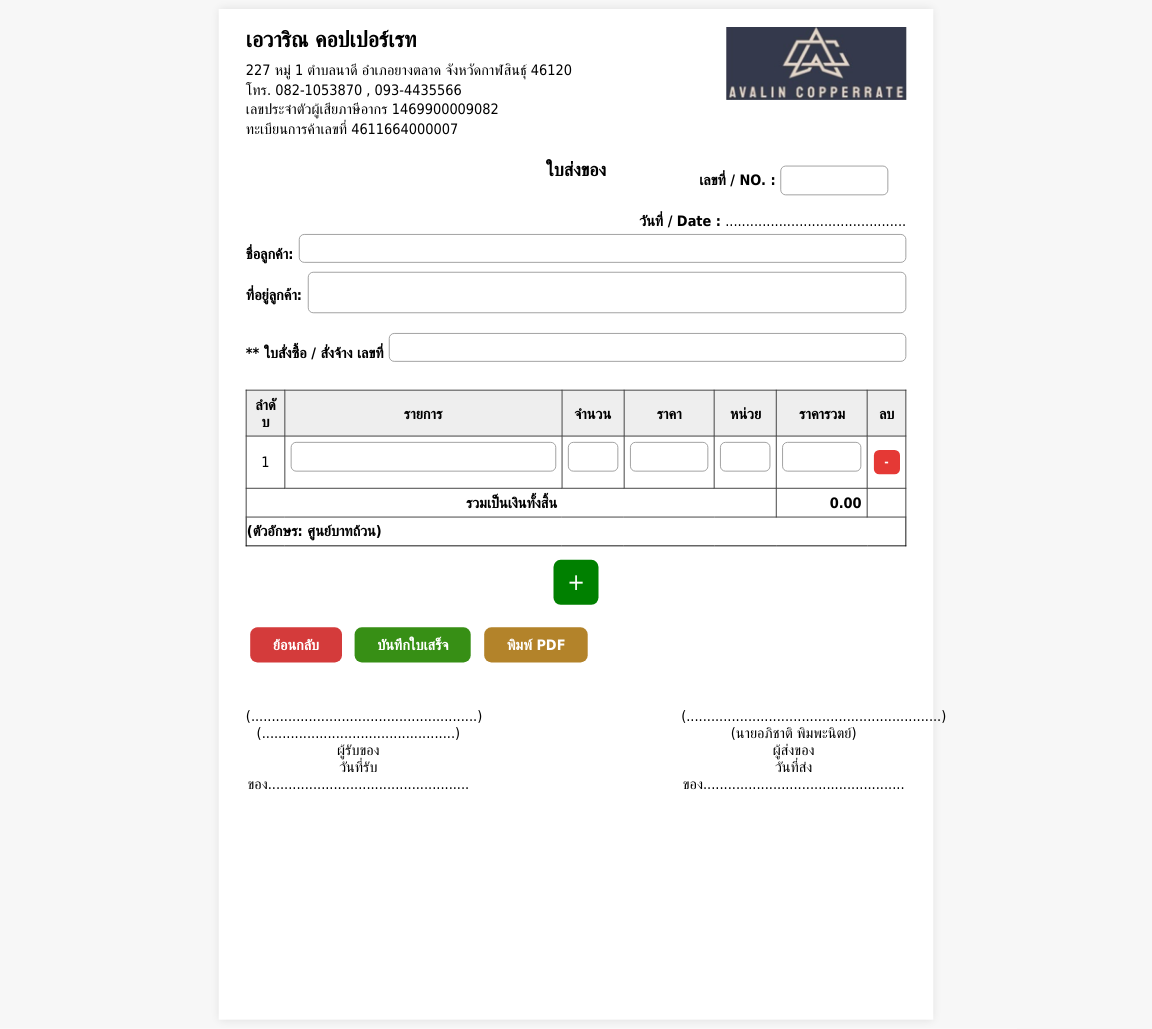
Repository: Hermesmercury88/shop_it
Page: delivery1.html
An editor plug-in stored every save of this project. The page is shown before and after the next save, followed by the edit.
The browser window is 1280 px wide. The pictures show the whole page, at 90% of full size.
Some web fonts or font styles are not loaded; a fallback is used.

Above is the page before, as saved 2025-09-23 09:33:46.

After the next save:
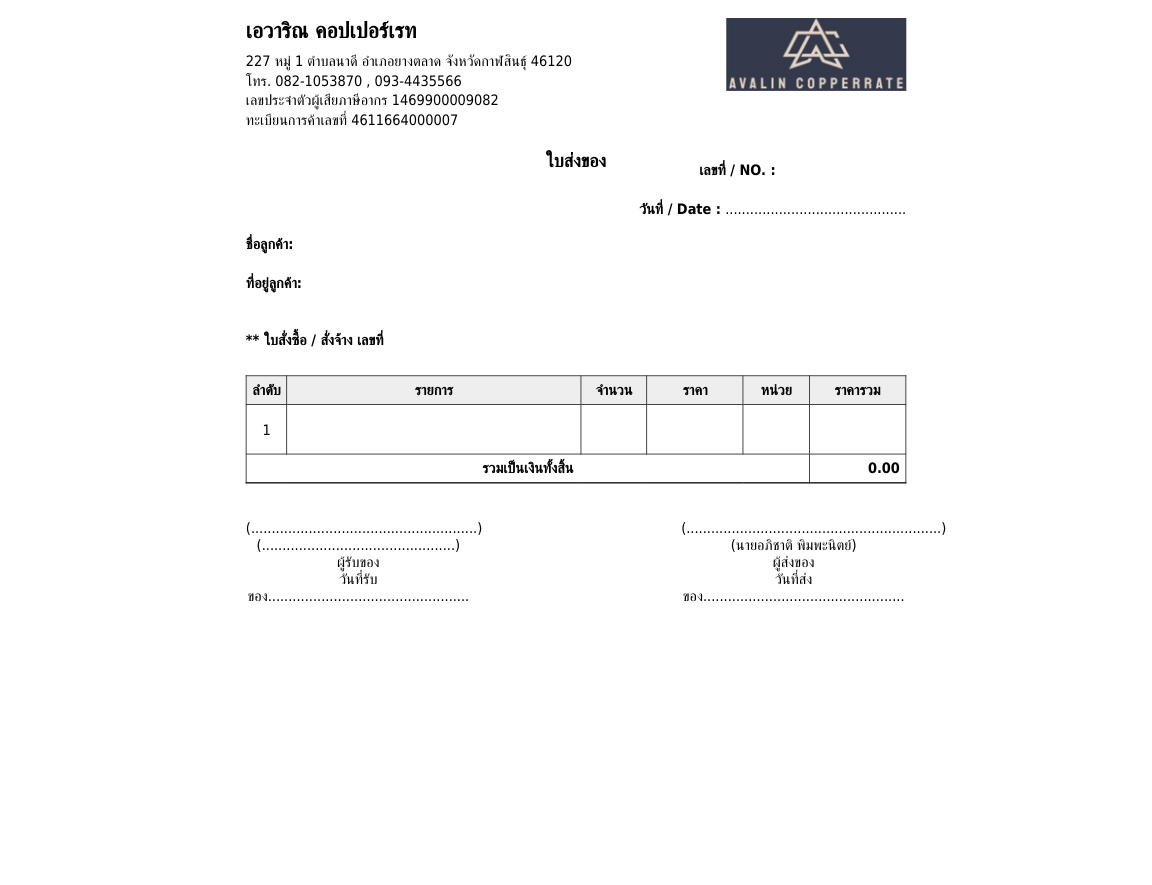
Saved 4 s later.
--- a/css/delivery.css
+++ b/css/delivery.css
@@ -320,7 +320,19 @@
         padding: 15mm !important;
         box-shadow: none !important;
     }
-
+      .doc-info {
+    display: inline-block;
+    margin-left: 20mm;   /* ขยับไปทางซ้าย-ขวาได้ตามต้องการ */
+    vertical-align: top;
+  }
+
+  .doc-title h2 {
+    display: inline-block;
+    margin: 0;
+    padding: 0;
+    vertical-align: top;
+  }
+}
 
     body {
         padding: 0;

After the save that followed:
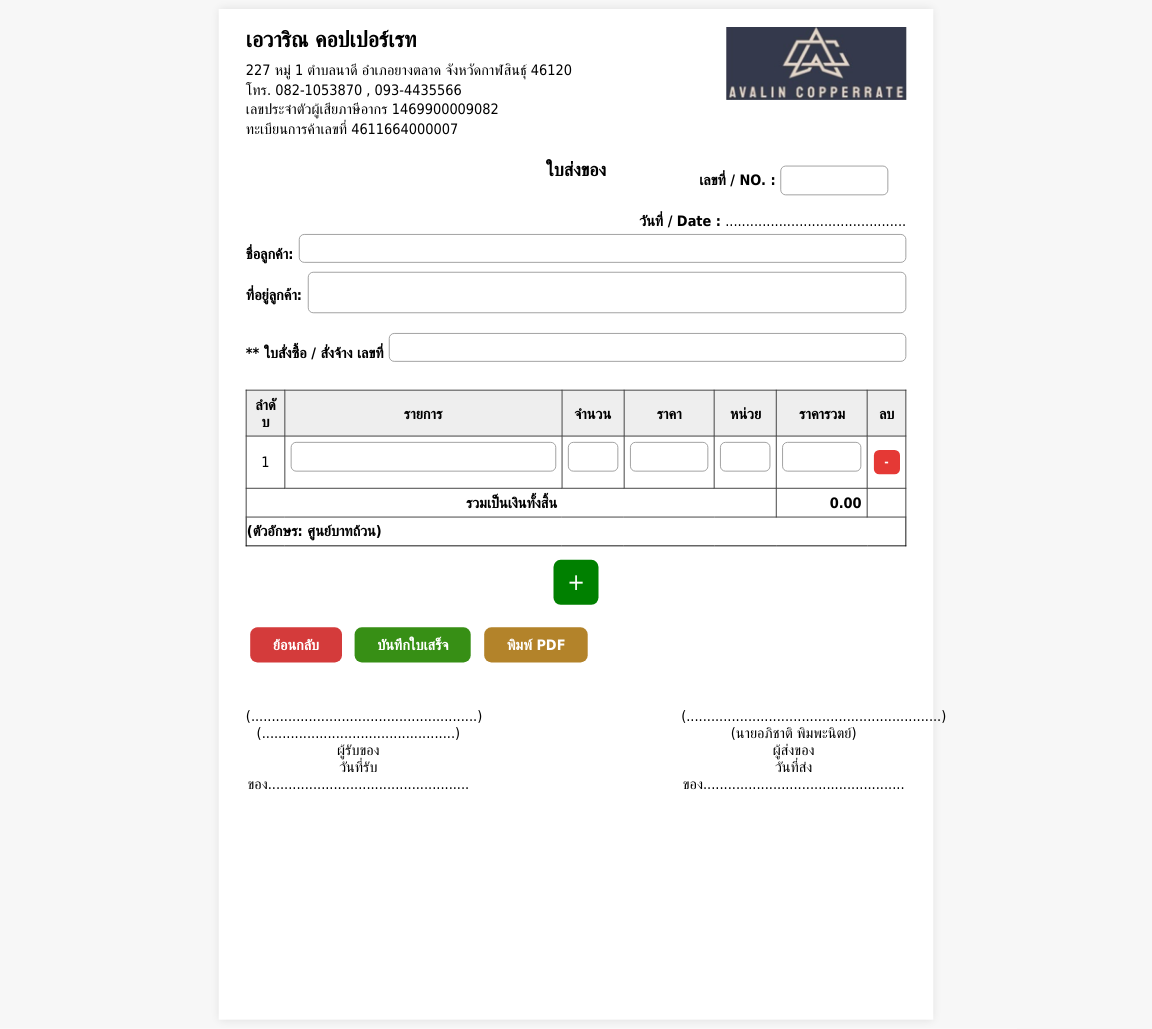
Saved 4 s later.
--- a/css/delivery.css
+++ b/css/delivery.css
@@ -332,7 +332,7 @@
     padding: 0;
     vertical-align: top;
   }
-}
+
 
     body {
         padding: 0;
